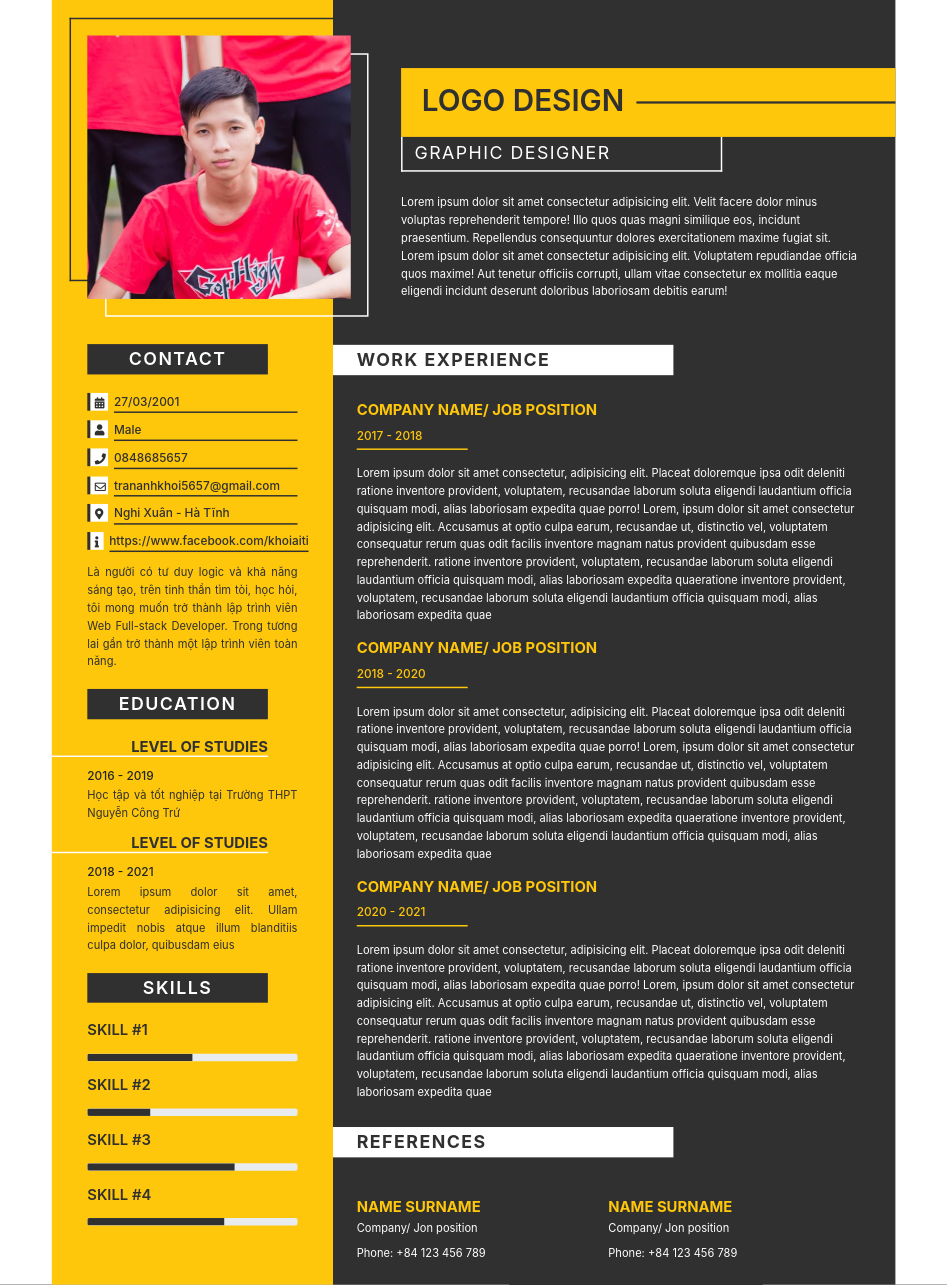
Repository: khoitadev/myCV
Page: index.html
The author's editor kept a copy of each file at every save. The page is drawn from the files as they stood at one save, then again after the next save.
The browser window is 1280 px wide. The pictures show the whole page, at 74% of full size.
Some web libraries are served in a nearby version.

Above is the page before, as saved 2022-02-11 22:31:22.

After the next save:
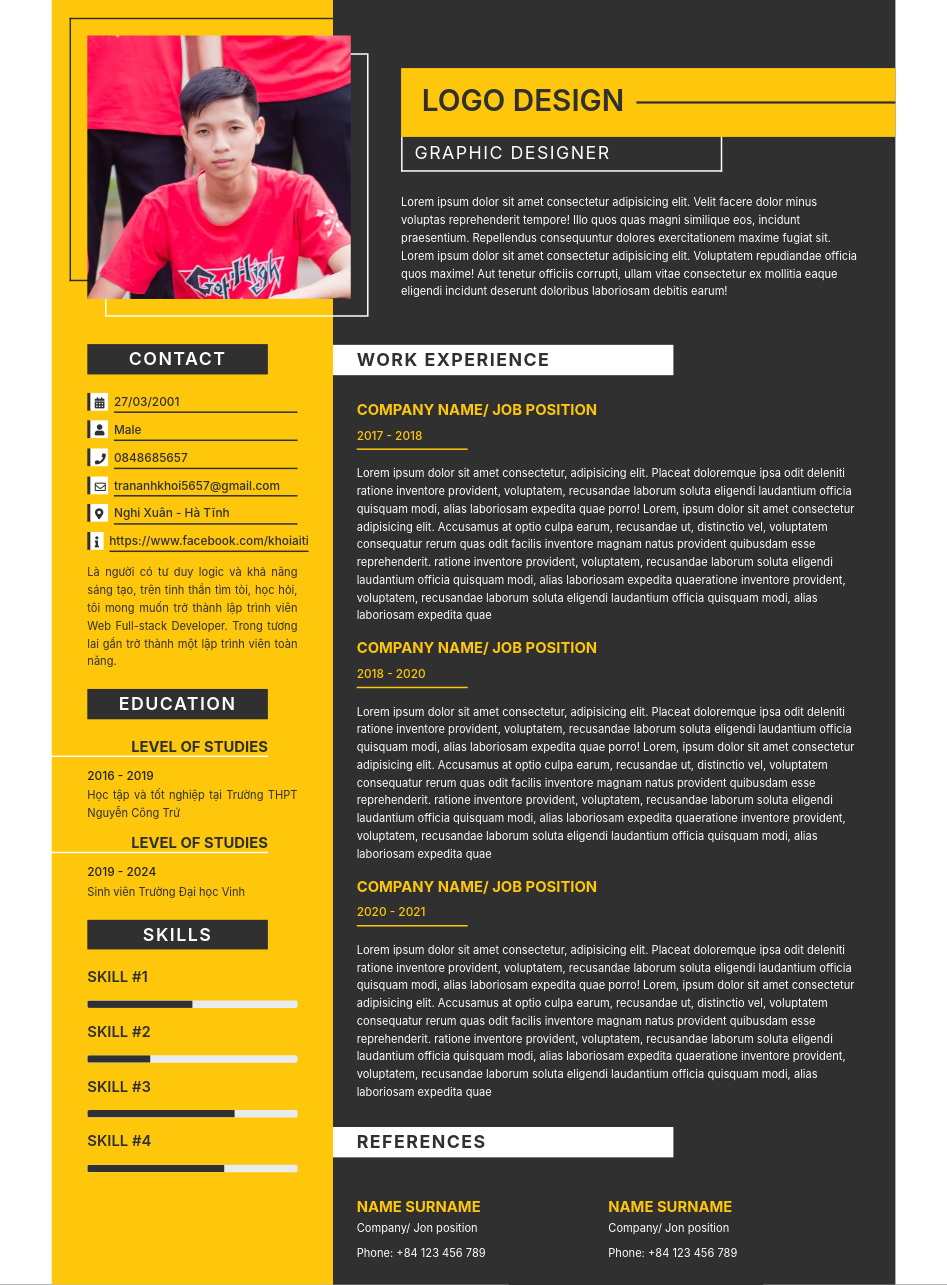
Saved 2 min 20 s later.
--- a/index.html
+++ b/index.html
@@ -71,8 +71,8 @@
             <h4 class="edu__title">2016 - 2019</h4>
             <p class="text">Học tập và tốt nghiệp tại Trường THPT Nguyễn Công Trứ</p>
             <h3 class="edu__heading">LEVEL OF STUDIES</h3>
-            <h4 class="edu__title">2018 - 2021</h4>
-            <p class="text">Lorem ipsum dolor sit amet, consectetur adipisicing elit. Ullam impedit nobis atque illum blanditiis culpa dolor, quibusdam eius</p>
+            <h4 class="edu__title">2019 - 2024</h4>
+            <p class="text">Sinh viên Trường Đại học Vinh</p>
 
             <h2 class="heading__left">SKILLS</h2>
             <h3 class="heading__title">SKILL #1</h3>
